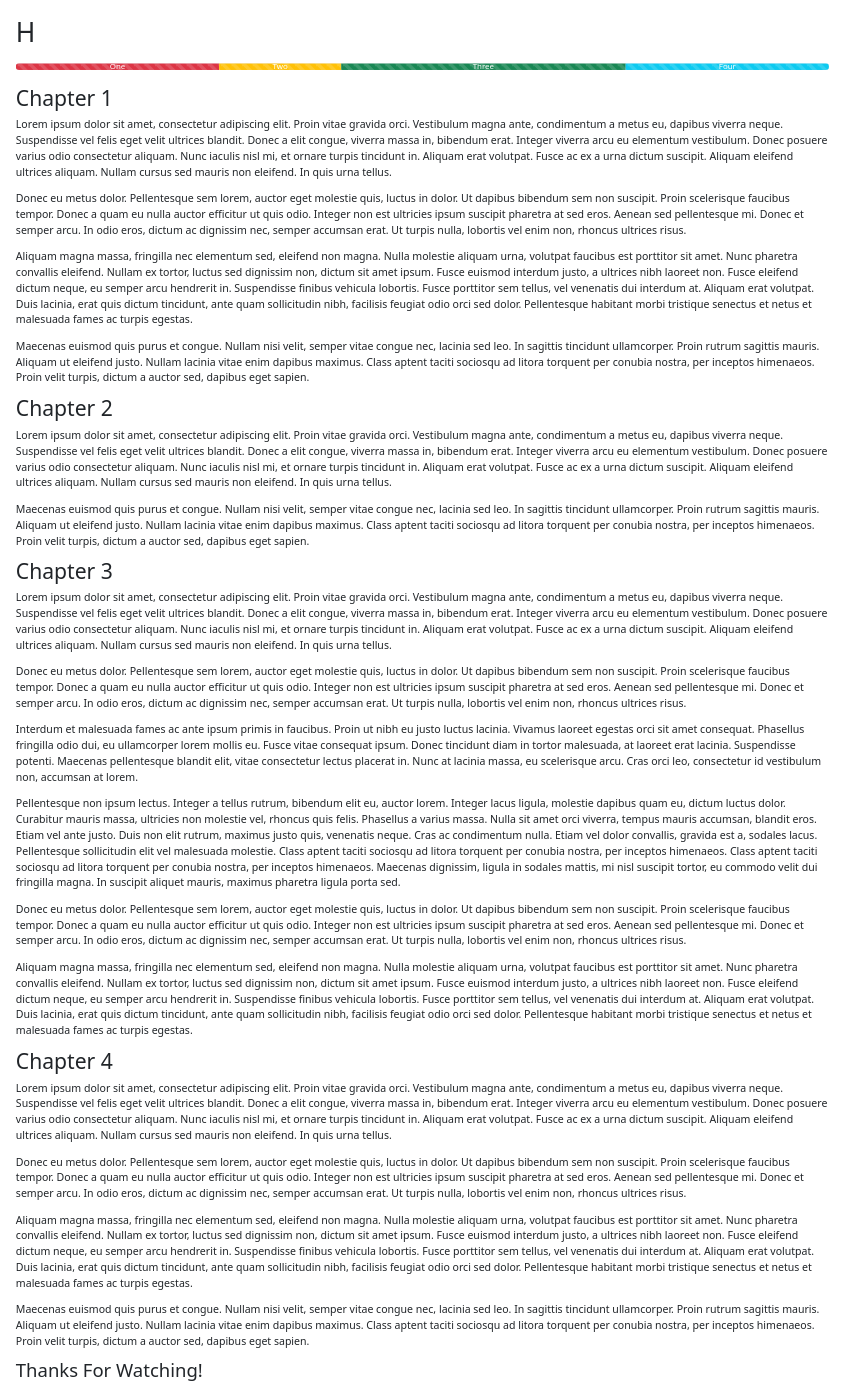
Repository: sarahlochhead/check-santas-list
Page: index.html
These files come from the project's save history. The page is drawn as it stood at one moment and after the next save; the edit follows.
The browser window is 1280 px wide. The pictures show the whole page, at 66% of full size.

Above is the page before, as saved 2022-11-23 14:57:12.

After the next save:
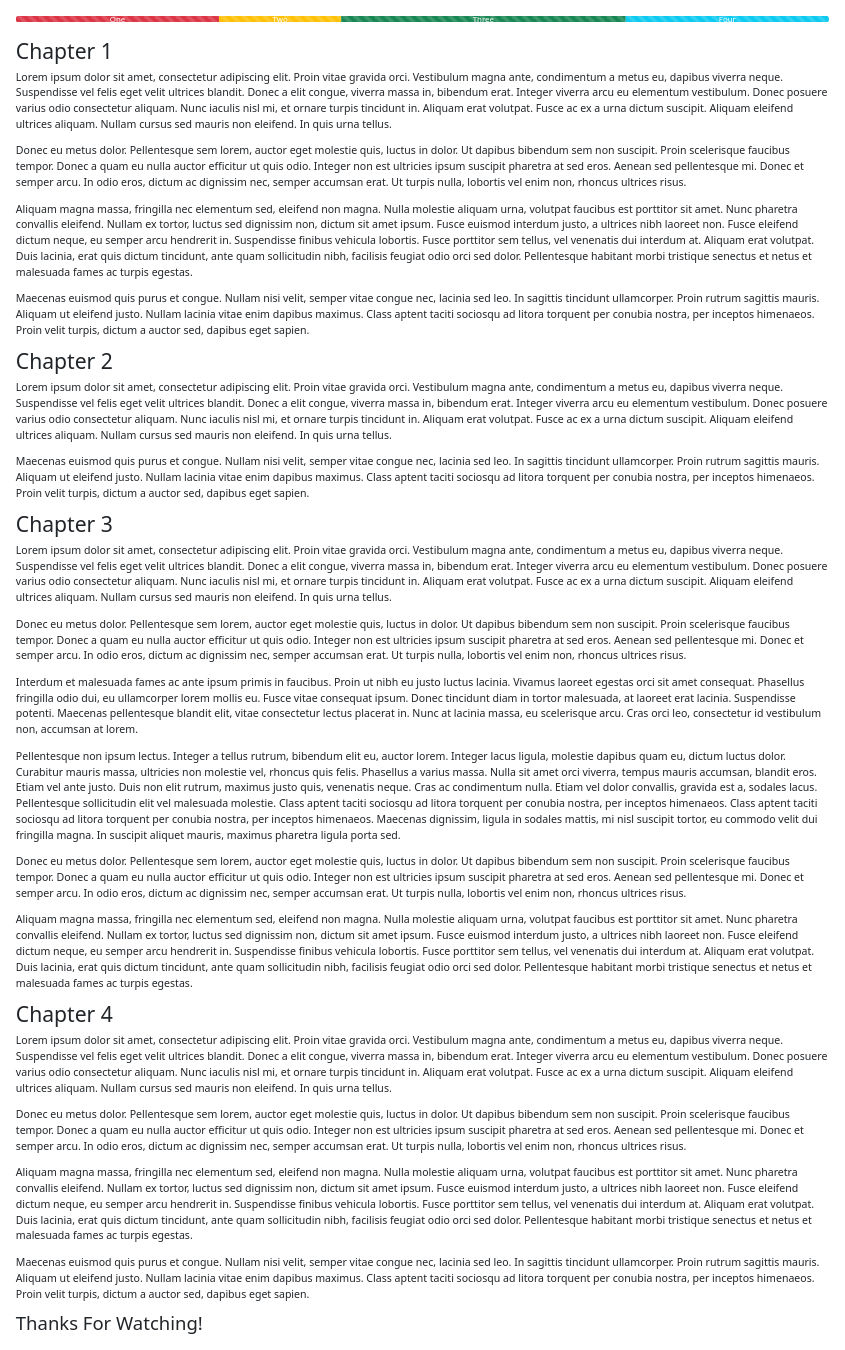
Saved 11 s later.
--- a/index.html
+++ b/index.html
@@ -10,7 +10,7 @@
 <body class="m-4">
     <!-- STEP 3: Review the HTML for the page -->
     <main>
-        <h1>H</h1>
+        <h1></h1>
         <!-- STEP 4: Create a div and add .progress and some top and bottom margin -->
         <div class="progress mt-4 mb-4 sticky-top" style="height: 10px;">
             <!-- STEP 5: Create another div .progress-bar. Add the appropriate roles and aria attributes (b/c this is not the HTML5 semantic element <progress>)-->

After the save that followed:
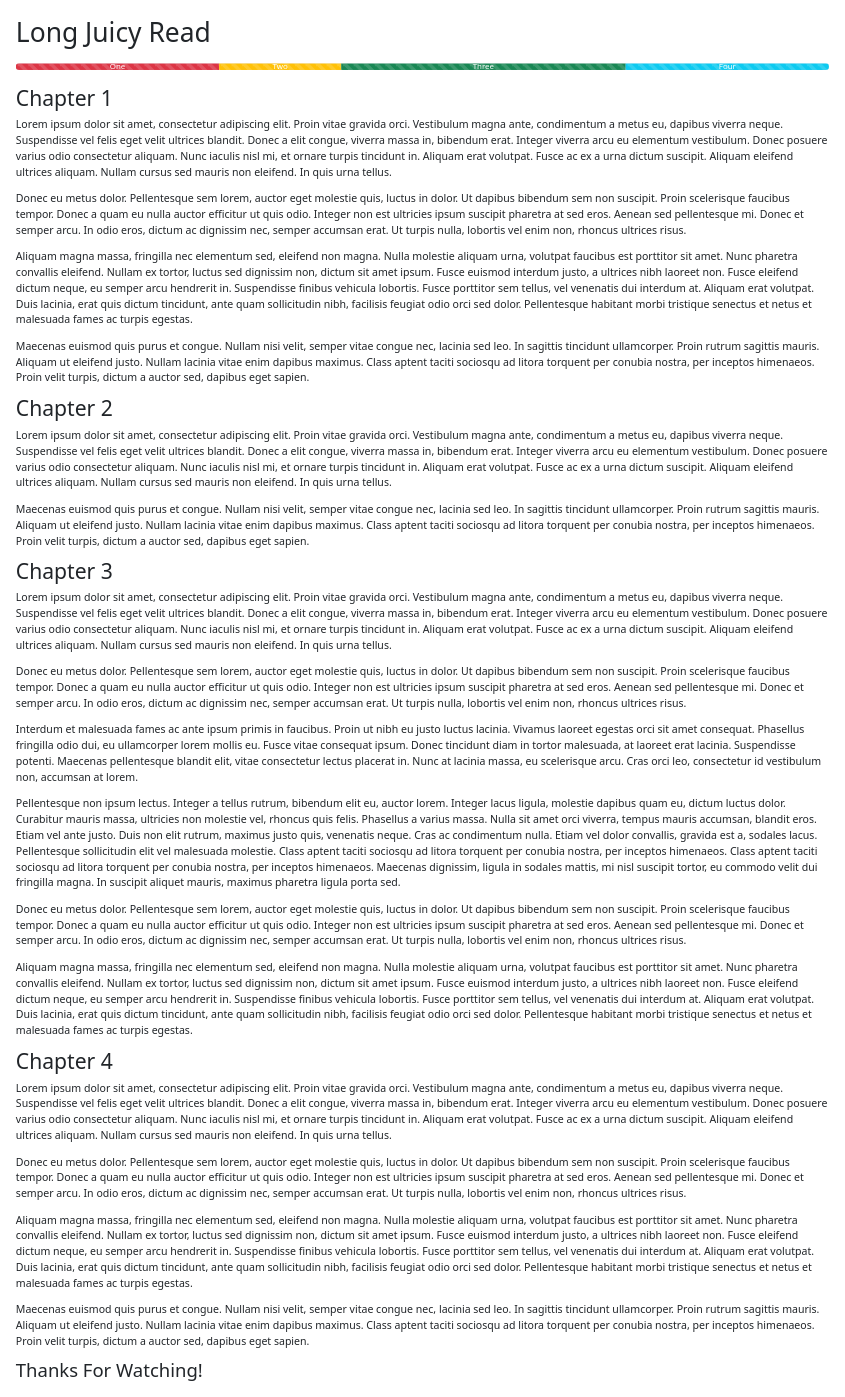
Saved 20 s later.
--- a/index.html
+++ b/index.html
@@ -10,7 +10,7 @@
 <body class="m-4">
     <!-- STEP 3: Review the HTML for the page -->
     <main>
-        <h1></h1>
+        <h1>Long Juicy Read</h1>
         <!-- STEP 4: Create a div and add .progress and some top and bottom margin -->
         <div class="progress mt-4 mb-4 sticky-top" style="height: 10px;">
             <!-- STEP 5: Create another div .progress-bar. Add the appropriate roles and aria attributes (b/c this is not the HTML5 semantic element <progress>)-->
